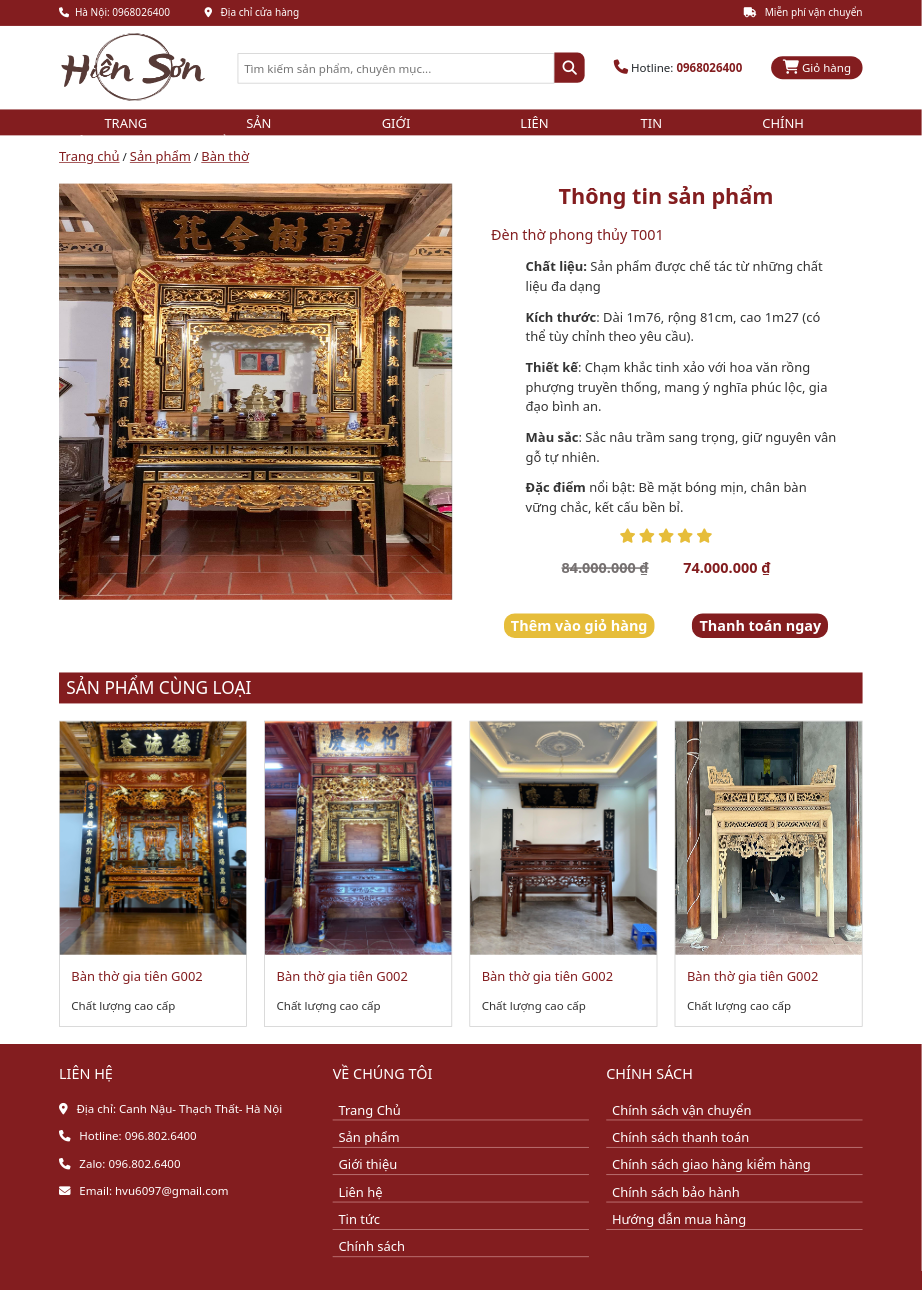
Repository: hoang28092000/do_go_hien_son
Page: product_details/den_tho-T001.html
These files come from the project's save history. The page is drawn as it stood at one moment and after the next save; the edit follows.
The browser window is 1280 px wide. The pictures show the whole page, at 72% of full size.
Some web libraries are served in a nearby version.

Above is the page before, as saved 2024-08-11 00:24:04.

After the next save:
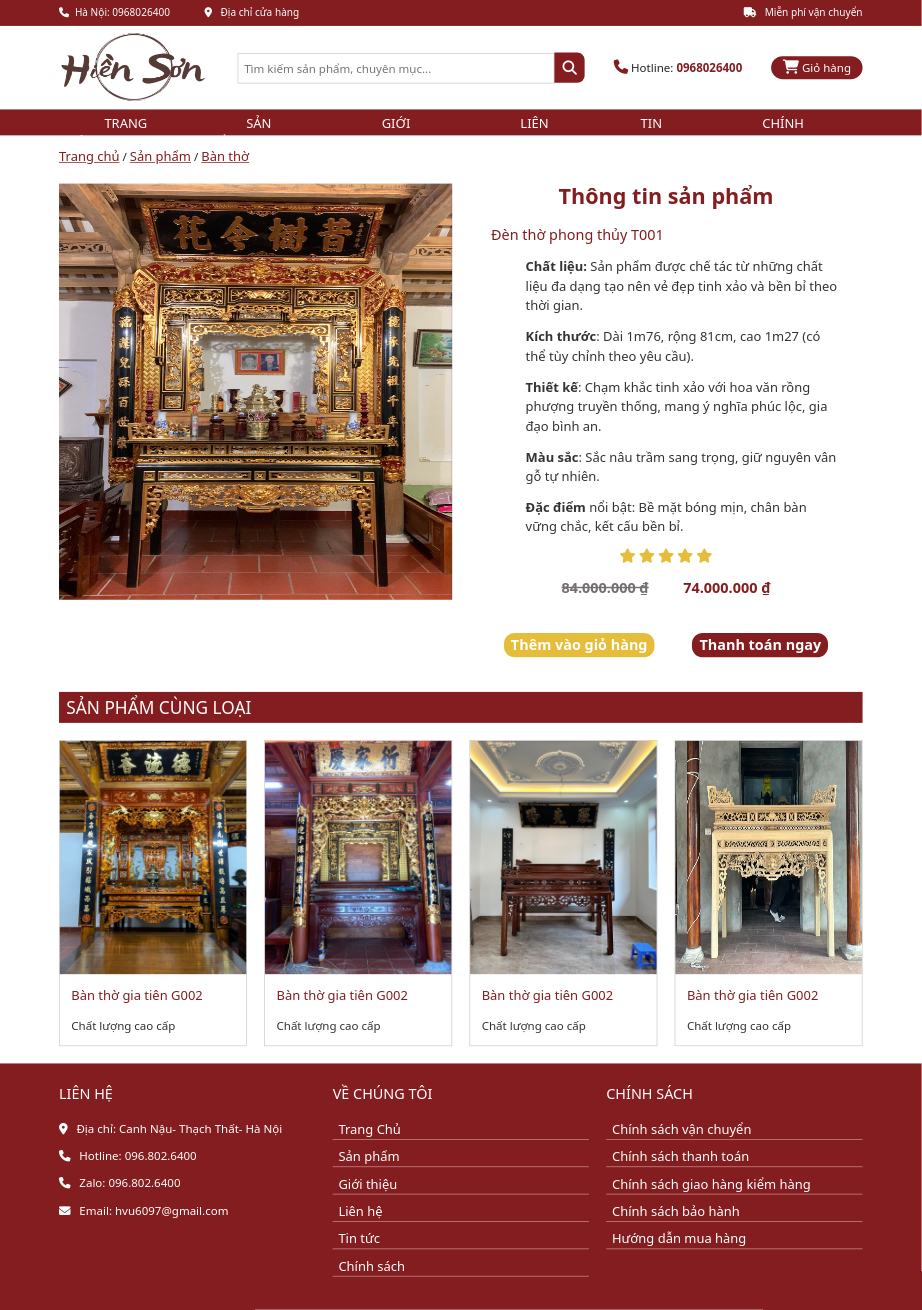
Saved 11 s later.
--- a/product_details/den_tho-T001.html
+++ b/product_details/den_tho-T001.html
@@ -92,7 +92,7 @@
                                     Đèn thờ phong thủy T001
                                 </p>
                                 <p class="txt-pd ps-5">
-                                    <b>Chất liệu:</b> Sản phẩm được chế tác từ những chất liệu đa dạng
+                                    <b>Chất liệu:</b> Sản phẩm được chế tác từ những chất liệu đa dạng tạo nên vẻ đẹp tinh xảo và bền bỉ theo thời gian.
                                 </p>
                                 <p class="txt-pd ps-5">
                                     <b>Kích thước</b>: Dài 1m76, rộng 81cm, cao 1m27 (có thể tùy chỉnh theo yêu cầu).
